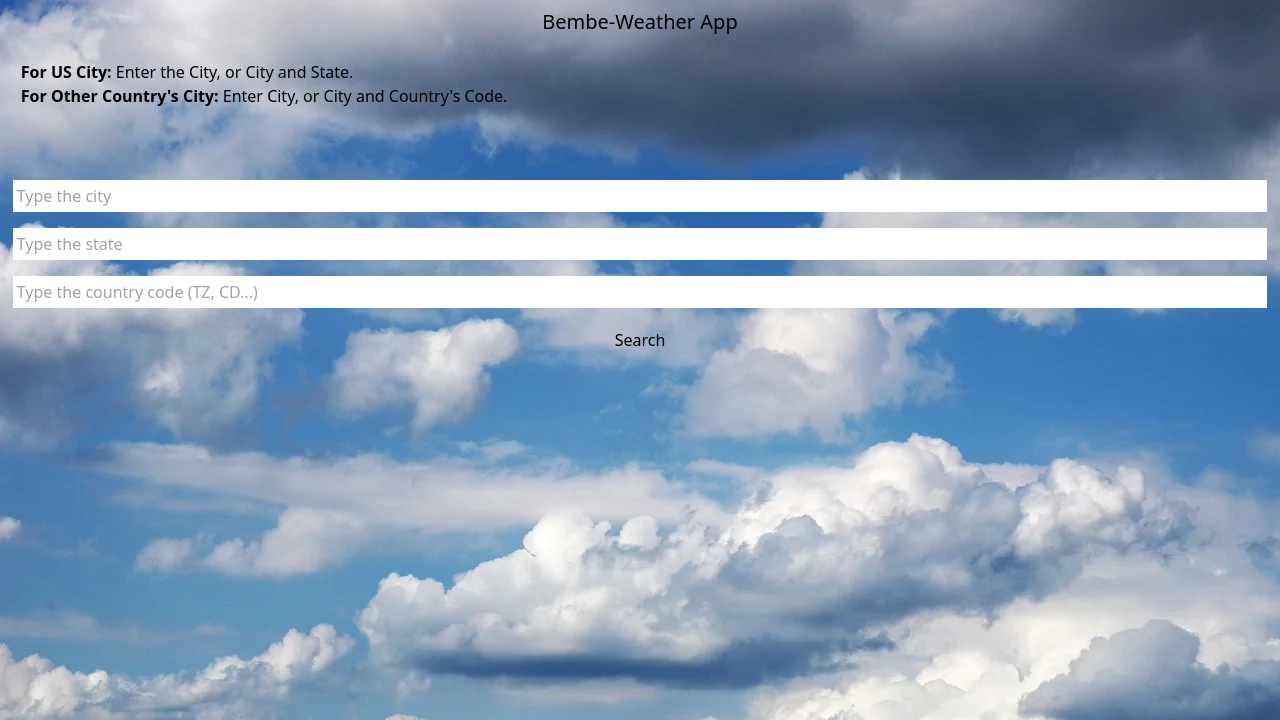
Repository: ShindanoSingi/bembe-weather
Page: /
An editor plug-in stored every save of this project. The page is shown before and after the next save, followed by the edit.
The browser window is 1280 px wide. The pictures show the whole page.
The page's requests for data from a server got no answer. The project was rebuilt for these pictures with package versions that can differ from the ones it lists, and the page was loaded fresh each time. No one was signed in, and anything a server would have sent is missing.

Above is the page before, as saved 2022-09-14 16:58:27.

After the next save:
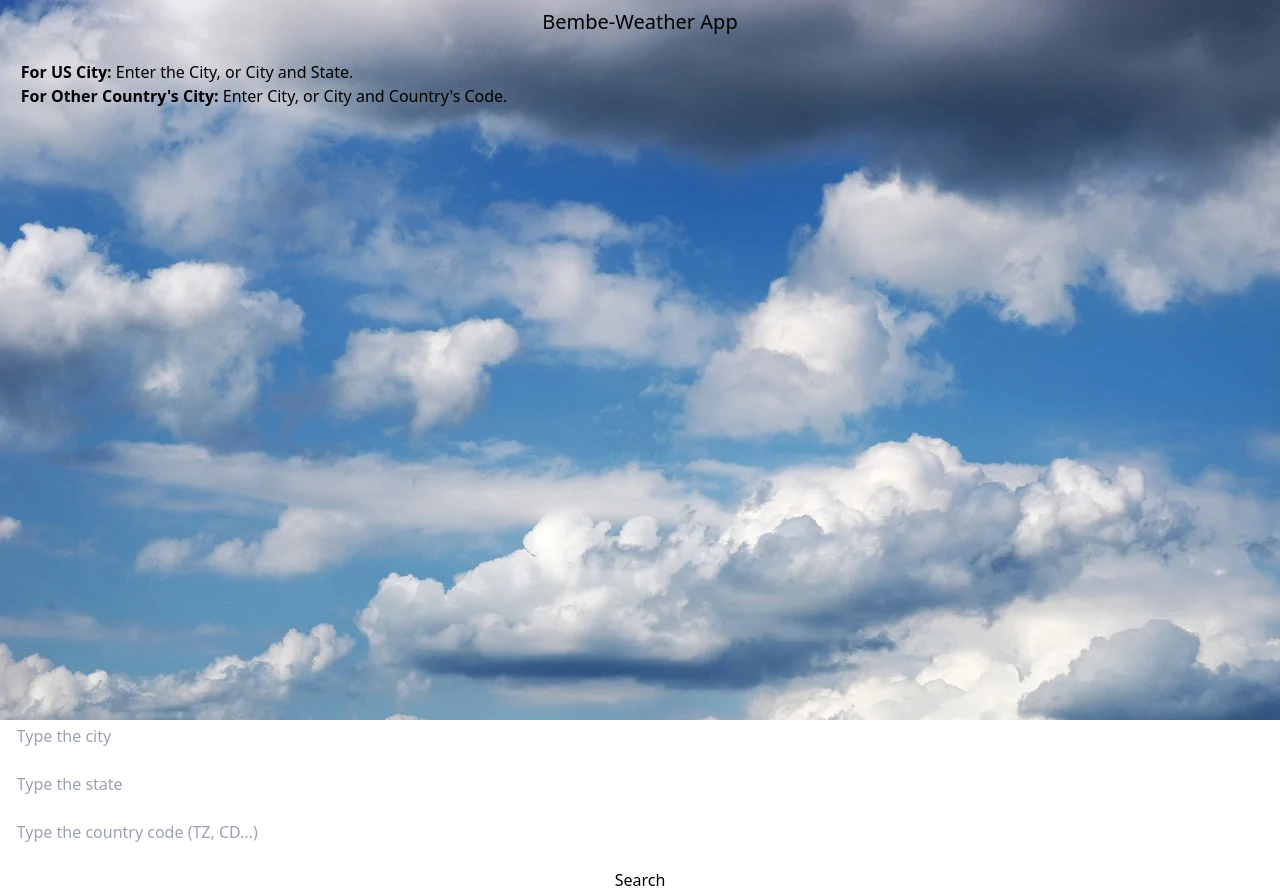
Saved 4 min 19 s later.
--- a/src/components/weatherPage.js
+++ b/src/components/weatherPage.js
@@ -65,7 +65,7 @@
   today7 = today7.toString().substring(0, 3)
 
   return weatherData.length < 1 ? (
-    <div>
+    <div className="bg-[url('../src/images/sky.webp')] h-screen">
       <h1 className="py-2 text-xl text-center">Bembe-Weather App</h1>
 
       <div className="px-2 w-[98vw] mt-4 message mx-[1vw]">
@@ -77,7 +77,7 @@
       <br />
     </div>
   ) : (
-    <div className="bodyContainer">
+    <div className="bodyContainer bg-[url('../src/images/sky.webp')] h-screen">
       {/* Display the city */}
       <div className="text-center cityStateCountry text-blue-50">
         {" "}

After the 2 saves that followed:
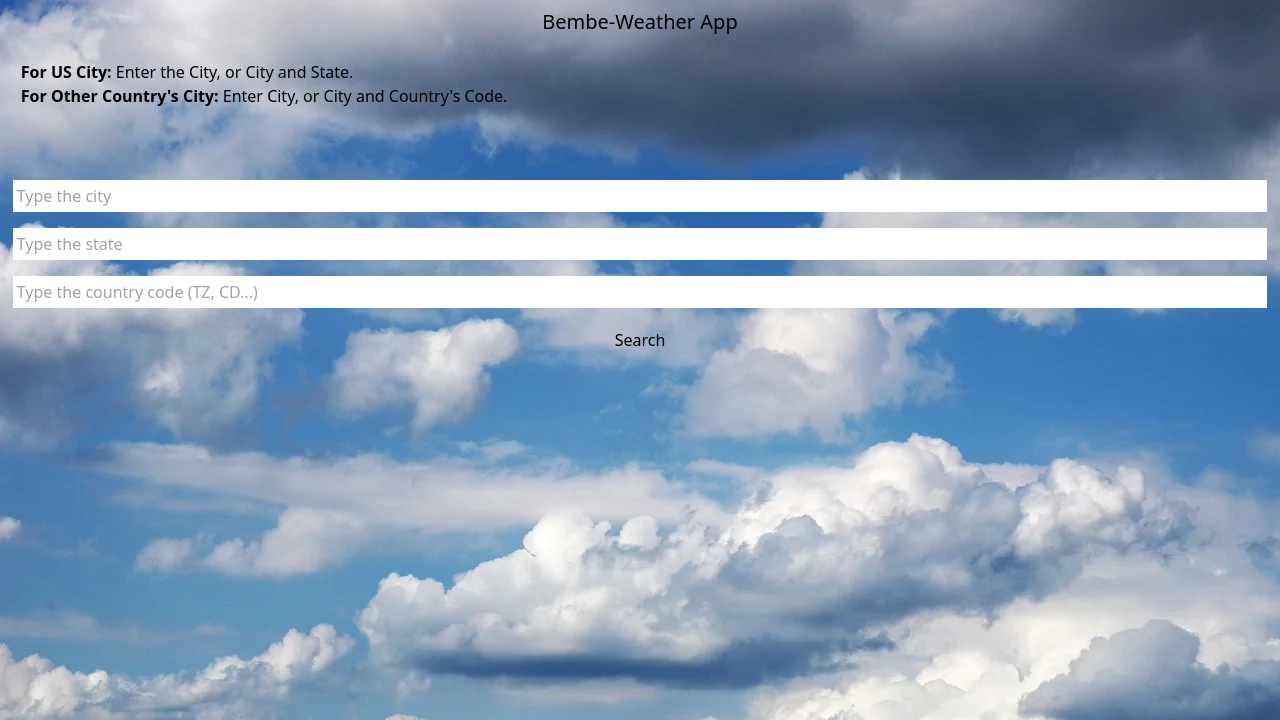
The 2 saves are shown as one change because 1 left the picture as it was.
The last was saved 78 s later.
--- a/src/components/weatherPage.js
+++ b/src/components/weatherPage.js
@@ -65,7 +65,7 @@
   today7 = today7.toString().substring(0, 3)
 
   return weatherData.length < 1 ? (
-    <div className="bg-[url('../src/images/sky.webp')] h-screen">
+    <div >
       <h1 className="py-2 text-xl text-center">Bembe-Weather App</h1>
 
       <div className="px-2 w-[98vw] mt-4 message mx-[1vw]">
@@ -77,7 +77,7 @@
       <br />
     </div>
   ) : (
-    <div className="bodyContainer bg-[url('../src/images/sky.webp')] h-screen">
+    <div className="bodyContainer">
       {/* Display the city */}
       <div className="text-center cityStateCountry text-blue-50">
         {" "}
